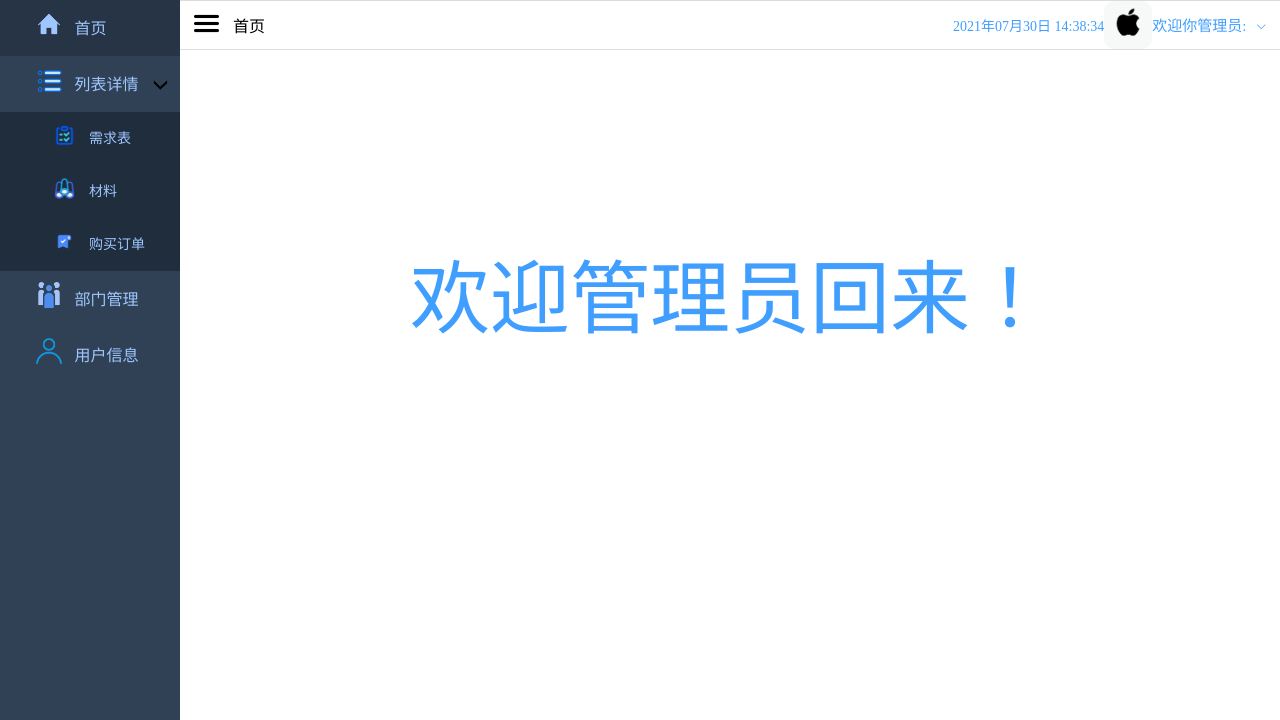
Repository: 572031690/fwwb-proj
Page: /#/home
An editor plug-in stored every save of this project. The page is shown before and after the next save, followed by the edit.
The browser window is 1280 px wide. The pictures show the whole page.
The project was rebuilt for these pictures with package versions that can differ from the ones it lists, and the page was loaded fresh each time. Also part of the build but not shown: vue.config.js, src/unusercom/EditData.vue, src/components/Adddata.vue, src/view/home/User.vue, src/components/Drawer.vue, src/view/home/Body.vue, src/view/home/Item.vue, src/view/home/Buy.vue and 3 more.

Above is the page before, as saved 2021-08-12 19:09:44.

### public/index.html
<!DOCTYPE html>
<html lang="">
  <head>
    <meta charset="utf-8">
    <meta http-equiv="X-UA-Compatible" content="IE=edge">
    <meta name="viewport" content="width=device-width,initial-scale=1.0">
    <link rel="icon" href="<%= BASE_URL %>favicon.ico">
    <title><%= htmlWebpackPlugin.options.title %></title>
    <!-- 配置jquery -->
    <!-- <script src="http://ajax.googleapis.com/ajax/libs/jquery/1.8.0/jquery.min.js"></script> -->
     <!-- 百度的适口 -->
     <meta name="viewport" content="width=device-width,minimum-scale=1.0,maximum-scale=1.0,user-scalable=no">
     <!-- 搜索框 -->
     <meta http-equiv="X-UA-Compatible" content="IE=edge">
    <meta name="viewport" content="width=device-width, initial-scale=1.0">
    <link href="http://cdn.bootcss.com/font-awesome/4.7.0/css/font-awesome.min.css" rel="stylesheet">
  </head>
  <body>
    <noscript>
      <strong>We're sorry but <%= htmlWebpackPlugin.options.title %> doesn't work properly without JavaScript enabled. Please enable it to continue.</strong>
    </noscript>
    <div id="app"></div>
    <!-- built files will be auto injected -->
  </body>
</html>

### src/App.vue
<template>
  <div id="app" >
	  		<!-- <v-login></v-login> -->
			<router-view ></router-view>
	</div>
</template>

<script>

export default {
  data () {
    	return {

    	}
  	},
  	methods: {

  	},
  components: {
  },
  mounted () {
    this.$router.push({ path: 'login' }) // 页面跳转
  }
}

</script>

<style>

</style>

### src/assets/CSS/basic.css
a {
        text-decoration: none;
}

* {
        padding: 0;
        margin: 0;
}

html, body {
        height: 100%;
}

### src/view/Home.vue
<template>
  <div id="Home" ref="gobacklogin">
    <div :class="{ leftNavigation: navshow, leftNavigationChange: !navshow }">
      <div v-for="item in routerList">
        <div @click="judgeType(item)" class="navhome">
          <img :src="item.imgSrc" class="navhome-img" />
          <span class="spans1" :ref="item.ref">{{ item.label }}</span>
          <img
            v-if="item.type === 'tips'"
            :src="item.imgtips"
            class="arrow"
            ref="arrow"
          />
        </div>

        <div
          class="navhome-box"
          ref="navhomebox"
          v-if="item.childrenList.length"
        >
          <transition name="navhom">
            <div class="navhome-son" v-show="navSonShow">
              <div
                @click="goToRouter(item)"
                v-for="(item, index) in item.childrenList"
              >
                <div class="namehome-son1">
                  <img :src="item.imgSrc" class="navson-img" />
                  <span :ref="item.ref">{{ item.label }}</span>
                </div>
              </div>
            </div>
          </transition>
        </div>

        <!-- <div class="navhome" @click="changearrow()" v-if="item.type === 'tips'">
          <img :src="item.imgSrc" class="navhome-img" />
          <span class="spans1" :ref="item.ref">{{ item.label }}</span>
          <img :src="item.imgtips" class="arrow" ref="arrow" />
        </div> -->
      </div>
      <!-- <router-link to="/home/homewel">
        <div class="navhome">
          <img src="../assets/homeimg.png" class="navhome-img" />
          <span class="spans1" ref="spans1">首页</span>
        </div>
      </router-link>
      <div class="navhome" @click="changearrow()" id="listlep">
        <img src="../assets/item.png" class="navhome-img" />
        <span ref="spans2">列表详情</span>
        <img src="../assets/小箭头.png" class="arrow" ref="arrow" />
      </div> -->

      <!-- <div class="navhome-box" ref="navhomebox">
        <transition name="navhom">
          <div class="navhome-son" v-show="navSonShow">
            <div @click="goToRouter">
              <div class="namehome-son1">
                <img src="../assets/body.png" class="navson-img" />
                <span ref="spans7">需求表</span>
              </div>
            </div>
            <router-link to="/home/item">
              <div class="namehome-son1">
                <img src="../assets/material.png" class="navson-img" />
                <span ref="spans6">材料</span>
              </div>
            </router-link>

            <router-link to="/home/buy">
              <div class="namehome-son1">
                <img src="../assets/buy.png" class="navson-img" />
                <span ref="spans5">购买订单</span>
              </div>
            </router-link>
          </div>
        </transition>
      </div> -->

      <!-- <div class="navhome-box" ref="navhomebox">
        <transition name="navhom">
          <div class="navhome-son" v-show="navSonShow">
            <div @click="goToRouter(item)" v-for="(item, index) in routerList">
              <div class="namehome-son1">
                <img :src="item.imgSrc" class="navson-img" />
                <span :ref="item.ref">{{ item.label }}</span>
              </div>
            </div>
          </div>
        </transition>
      </div> -->

      <router-link to="/home/department" v-show="admin">
        <div class="navhome">
          <img src="../assets/department.png" class="navhome-img" />
          <span ref="spans3">部门管理</span>
        </div>
      </router-link>
      <router-link to="/home/user" v-show="admin">
        <div class="navhome">
          <img src="../assets/user.png" class="navhome-img" />
          <span ref="spans8">用户信息</span>
        </div>
      </router-link>
    </div>

    <div
      :class="{ rightNavigation: navshow, rightNavigations: !navshow }"
      ref="right1"
    >
      <div class="rightnav-top">
        <div class="rightnav-topimg">
          <img
            src="../assets/heng.png"
            class="rightnav-topimghome"
            ref="rightnavtopimghome"
            @click="changehomeimg()"
          />
        </div>

        <span>首页</span>
        <!-- <v-search class="searchfa"></v-search> -->

        <div class="topright">
          <span class="top-time">{{ nowTime }}</span>
          <!-- 苹果图标 -->
          <img src="../assets/timg.jpg" class="timg" />
          <!-- 退出下拉框 -->
          <el-dropdown @command="gobacklogin" class="elsign-out">
            <span class="el-dropdown-link">
              欢迎你管理员: <span class="adminname">{{ adminname }} </span
              ><i class="el-icon-arrow-down el-icon--right"></i>
            </span>
            <el-dropdown-menu slot="dropdown">
              <el-dropdown-item command="a">退出登陆</el-dropdown-item>
            </el-dropdown-menu>
          </el-dropdown>
        </div>
      </div>

      <router-view></router-view>
    </div>
  </div>
</template>

<script>
// 引入jquery
// import $ from 'jquery'
// 引入搜索框
import EditData from "../unusercom/EditData.vue";

export default {
  data() {
    return {
      nowTime: "",
      thistime: "",
      key: 90,
      arrowflag: true,
      imghomeflag: true,
      adminname: "",
      departmentID: "",
      navshow: true,
      navSonShow: true,
      lastTime: 0, // 默认上一次点击时间为0
      admin: true,
      routerChioce: 1,
      routerList: [
        {
          type: "router",
          index: 1,
          path: "/home/homewel",
          label: "首页",
          ref: "spans1",
          disabled: false,
          imgSrc: require("@/assets/homeimg.png"),
          childrenList: []
        },
        {
          type: "tips",
          index: 2,
          path: "",
          label: "列表详情",
          ref: "spans2",
          disabled: true,
          imgSrc: require("@/assets/item.png"),
          imgtips: require("@/assets/小箭头.png"),
          childrenList: [
            {
              index: 21,
              path: "/home/body",
              label: "需求表",
              ref: "spans7",
              disabled: false,
              imgSrc: require("@/assets/body.png")
            },
            {
              index: 22,
              path: "/home/item",
              label: "材料",
              ref: "spans6",
              disabled: false,
              imgSrc: require("@/assets/material.png")
            },
            {
              index: 23,
              path: "/home/buy",
              label: "购买订单",
              ref: "spans5",
              disabled: false,
              imgSrc: require("@/assets/buy.png")
            }
          ]
        }
      ]
    };
  },
  methods: {
    // 旋转子列箭头
    changearrow() {
      this.navSonShow = !this.navSonShow;
      if (this.arrowflag) {
        this.$refs.arrow[0].style.transform = "rotate(270deg)";
        this.arrowflag = !this.arrowflag;
      } else {
        this.$refs.arrow[0].style.transform = "rotate(90deg)";
        this.arrowflag = !this.arrowflag;
      }
      // e.srcElement.style.transform="'rotate('+this.key+'deg)'";
      // e.srcElement.style.transform="rotate(180deg)";
      // console.log(e.srcElement.dataset.aid);
    },
    // 右边栏三条杠点击事件
    changehomeimg() {
      // 动画class绑定
      this.navshow = !this.navshow;
      let status = "none";
      let rotate = "rotate(90deg)";
      let times = 0;
      // 首页旁边三条杠图标旋转和文字消失
      if (this.imghomeflag) {
        status = "none";
        rotate = "rotate(90deg)";
        times = 0;
      } else {
        status = "block";
        rotate = "rotate(0deg)";
        times = 700;
      }
      this.$refs.rightnavtopimghome.style.transform = rotate;
      this.imghomeflag = !this.imghomeflag;
      const me = this;
      setTimeout(function() {
        me.$refs.spans1[0].style.display = status;
        me.$refs.spans2[0].style.display = status;
        me.$refs.spans3.style.display = status;
        me.$refs.arrow[0].style.display = status;
        me.$refs.spans5[0].style.display = status;
        me.$refs.spans6[0].style.display = status;
        me.$refs.spans7[0].style.display = status;
        me.$refs.spans8.style.display = status;
      }, times);
    },
    // 开始动画文字出现延迟
    changehomeimgCreate() {
      this.changehomeimg();
      this.changehomeimg();
    },

    // 退出登陆方法
    gobacklogin(command) {
      this.$confirm("是否退出登陆", "提示", {
        confirmButtonText: "确定",
        cancelButtonText: "取消",
        type: "warning"
      }).then(() => {
        sessionStorage.clear(); // 删除所有数据
        this.$router.push({ name: "login" }); // 直接跳转
        this.$message({
          type: "success",
          message: "退出登陆成功!"
        });
      });
    },

    // init(){
    //     this.$nextTick(()=>{
    //     var flagwel = this.$store.state.flagwel;
    //     this.$refs.welcomehome.style.display=flagwel;
    //     })
    // }
    // 显示当前时间（年月日时分秒）
    timeFormate(timeStamp) {
      const year = new Date(timeStamp).getFullYear();
      const month =
        new Date(timeStamp).getMonth() + 1 < 10
          ? "0" + (new Date(timeStamp).getMonth() + 1)
          : new Date(timeStamp).getMonth() + 1;
      const date =
        new Date(timeStamp).getDate() < 10
          ? "0" + new Date(timeStamp).getDate()
          : new Date(timeStamp).getDate();
      const hh =
        new Date(timeStamp).getHours() < 10
          ? "0" + new Date(timeStamp).getHours()
          : new Date(timeStamp).getHours();
      const mm =
        new Date(timeStamp).getMinutes() < 10
          ? "0" + new Date(timeStamp).getMinutes()
          : new Date(timeStamp).getMinutes();
      const ss =
        new Date(timeStamp).getSeconds() < 10
          ? "0" + new Date(timeStamp).getSeconds()
          : new Date(timeStamp).getSeconds();
      this.nowTime =
        year +
        "年" +
        month +
        "月" +
        date +
        "日" +
        " " +
        hh +
        ":" +
        mm +
        ":" +
        ss;
      // console.log(this.nowTime)
    },
    nowTimes() {
      const that = this;
      this.thistime = setInterval(function() {
        that.timeFormate(new Date());
      }, 1000);
    },
    clearTime() {
      clearInterval(this.thistime);
    },
    getAdminType() {
      // console.log(typeof this.departmentID)
      if (this.departmentID === "10000") {
        this.admin = true;
      } else {
        this.admin = false;
      }
    },
    judgeType(val) {
      if (val.type === "tips") this.changearrow();
      if (val.type === "router") this.goToRouter(val);
    },
    goToRouter(val) {
      if (!val.disabled) {
        this.$router.push({ path: val.path });
      } // 页面跳转
    }
  },
  components: {
    // 'v-body':Body
    "v-editdata": EditData
  },
  // store,
  mounted() {
    this.nowTimes();
    // document.getElementById('rightnav-topimghome').style.cursor = 'not-allowed' //设置鼠标样式为不可点击

    this.changehomeimgCreate();
    // 实现左边子栏的缓慢消失
    // $(document).ready(function(){
    // $("#listlep").click(function(){
    //     $(".navhome-son").slideToggle(500);
    //   });
    // });

    // //实现左边nav栏的缩小
    // $(document).ready(function(){
    // $('.rightnav-topimghome').click(function(){
    //     if($('.right-navigation').css("margin-left")=="180px"){
    //         $('.right-navigation').animate({
    //         'margin-left':'50px'
    //     },700);
    // }else{
    // $('.right-navigation').animate({
    //     'margin-left':'180px'
    //     },700);
    // }
    // });
    // });

    // $(document).ready(function(){
    // $('.rightnav-topimghome').click(function(){
    //     if($('.left-navigation').css("width")!="50px"){
    //         $('.left-navigation').animate({
    //         width:'50px'
    //     },700);
    // }else{
    // $('.left-navigation').animate({
    //     width:'180px'
    //     },700);
    // }
    // });
    // });

    this.adminname = window.sessionStorage.getItem("storeData"); // 获取浏览器缓存值
    this.departmentID = window.sessionStorage.getItem("sData");
    // this.getAdminType();
  },
  beforeDestroy() {
    this.clearTime();
  }
};
</script>
<style scoped>
#Home {
  height: 100%;
  width: 100%;
  background-color: white;
  display: flex;
  flex-direction: row;
}

.leftNavigation {
  position: fixed;
  display: inline-block;
  width: 180px;
  background-color: #304156;
  height: 100vh; /*占满一个屏幕的高度 */
  animation: navlong 0.7s;
}
.leftNavigationChange {
  position: fixed;
  width: 50px;
  background-color: #304156;
  height: 100vh; /*占满一个屏幕的高度 */
  animation: navshort 0.7s;
}

@keyframes navlong {
  0% {
    width: 50px;
  }
  100% {
    width: 180px;
  }
}

@keyframes navshort {
  0% {
    width: 180px;
  }
  100% {
    width: 50px;
  }
}
.leftNavigation a {
  text-decoration: none;
}

.navhome {
  display: flex;
  flex-direction: row; /*水平排布*/
  height: 34px;
  width: 100%;
  background-color: #304156;
  padding: 11px 0;
  transition: all 0.5s;
}
.navhome:hover {
  background-color: #263445;
  cursor: pointer;
}
.navhome-img {
  /* -webkit-transform:rotate(90deg); */
  height: 26px;
  margin: 0 7%;
  margin-left: 20%;
  vertical-align: middle;
  color: #409eff;
}
.navhome span {
  vertical-align: middle;
  font-size: 16px;
  color: #9fc6ff;
  margin-top: 4px;
}
.arrow {
  margin-top: 5px;
  margin-left: 5%;
  height: 25px;
  vertical-align: middle;
  transition: all 0.5s;
  transform: rotate(90deg);
}

.navhom-enter-active,
.navhom-leave-active {
  transition: all 0.5s;
}
.navhom-enter,
.navhom-leave-to {
  height: 0;
}
.navhom-enter-to,
.navhom-leave {
  height: 159px;
}
.navhome-son {
  cursor: pointer;
  background-color: #1f2d3d;
  overflow: hidden;
}
.namehome-son1 {
  display: flex;
  flex-direction: row; /*水平排布*/
  transition: all 1.5s;
  width: 100%;
  height: 47px;
  padding: 3px 0;
}
.namehome-son1:hover {
  background-color: #001121;
}
.navson-img {
  height: 21px;
  margin: 10px 5px;
  margin-left: 30%;
  vertical-align: middle;
  color: #409eff;
}
.navhome-son span {
  vertical-align: middle;
  font-size: 14px;
  margin-top: 12px;
  color: #9fc6ff;
  margin-left: 5%;
}
.rightNavigation {
  display: inline-block;
  width: 100%;
  margin-left: 180px;
  animation: rightNavlong 0.7s;
}
.rightNavigations {
  display: inline-block;
  width: 100%; /**/
  margin-left: 50px;
  animation: rightNavshort 0.7s;
}
@keyframes rightNavlong {
  0% {
    margin-left: 50px;
  }
  100% {
    margin-left: 180px;
  }
}
@keyframes rightNavshort {
  0% {
    margin-left: 180px;
  }
  100% {
    margin-left: 50px;
  }
}
.rightnav-top {
  width: 100%;
  height: 48px;
  display: flex;
  flex-direction: row;
  border-bottom: 1px solid #dadce0;
  border-top: 1px solid #dadce0;
}
.rightnav-topimg {
  padding: 0 14px;
  height: 50px;
}
.rightnav-topimghome {
  cursor: pointer;
  margin-top: 10px;
  height: 25px;
  transition: all 0.4s;
}
.rightnav-top span {
  padding-top: 12px;
  /* margin-left: 10px; */
}
.top-time {
  color: #409eff;
  font-size: 14px;
  margin-top: 2px;
}
.topright {
  float: right;
  right: 1%;
  position: absolute;
  display: flex;
}
.timg {
  height: 48px;
  cursor: pointer;
  border-radius: 10px;
}
.weltop {
  font-size: 14px;
}
#eldown {
  margin-top: 1px;
  font-size: 20px;
}
.elsign-out {
  padding-top: 13px;
}
.el-dropdown-link {
  cursor: pointer;
  color: #409eff;
  font-size: 15px;
}
.el-icon-arrow-down {
  font-size: 12px;
}
.adminname {
  color: black;
  font-size: 15px;
}
</style>

### src/view/home/HomeWel.vue
<template>
    <div>
        <div class="welcomehome" ref="welcomehome">
                欢迎管理员回来！
        </div>
    </div>
</template>
<script>
export default {
  data () {
    return {

    }
  }
}
</script>
<style scoped>
    .welcomehome{
        line-height: 500px;
        text-align: center;
        font-size: 80px;
        color: #409EFF;
    }
</style>

### src/components/login.vue
<template lang="">
    <div>

    </div>
</template>
<script>
export default {
  data () {
    return {

    }
  },
  mounted () {
    this.$router.push({ path: 'homewel' }) // 页面跳转
  }
}
</script>

Loaded but not shown: src/plugins/element.js (common file); src/router/index.js (63 lines, source omitted); src/main.js (17 lines, source omitted); src/store/index.js (26 lines, source omitted); src/view/Login.vue (731 lines, source omitted)

After the next save:
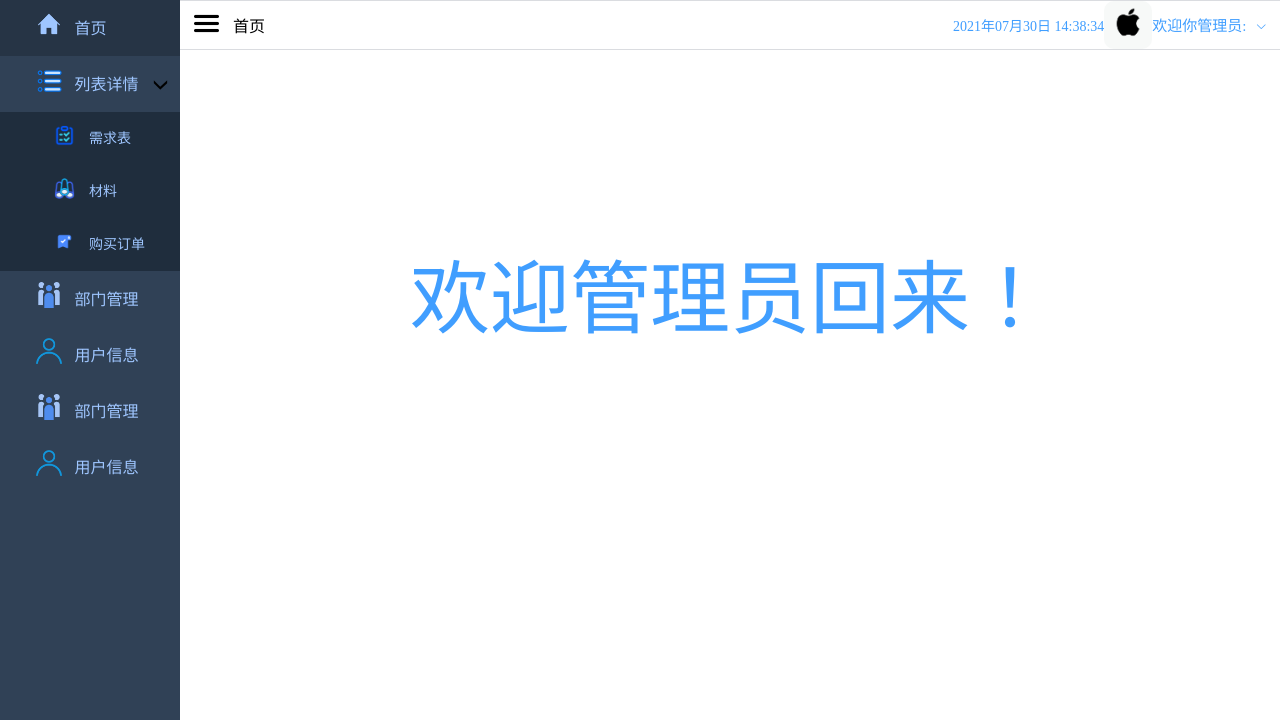
Saved 111 s later.
--- a/src/view/Home.vue
+++ b/src/view/Home.vue
@@ -210,6 +210,26 @@
               imgSrc: require("@/assets/buy.png")
             }
           ]
+        },
+        {
+          type: "router",
+          index: 3,
+          path: "/home/department",
+          label: "部门管理",
+          ref: "spans3",
+          disabled: false,
+          imgSrc: require("@/assets/department.png"),
+          childrenList: []
+        },
+        {
+          type: "router",
+          index: 4,
+          path: "/home/user",
+          label: "用户信息",
+          ref: "spans8",
+          disabled: false,
+          imgSrc: require("@/assets/user.png"),
+          childrenList: []
         }
       ]
     };

After the save that followed:
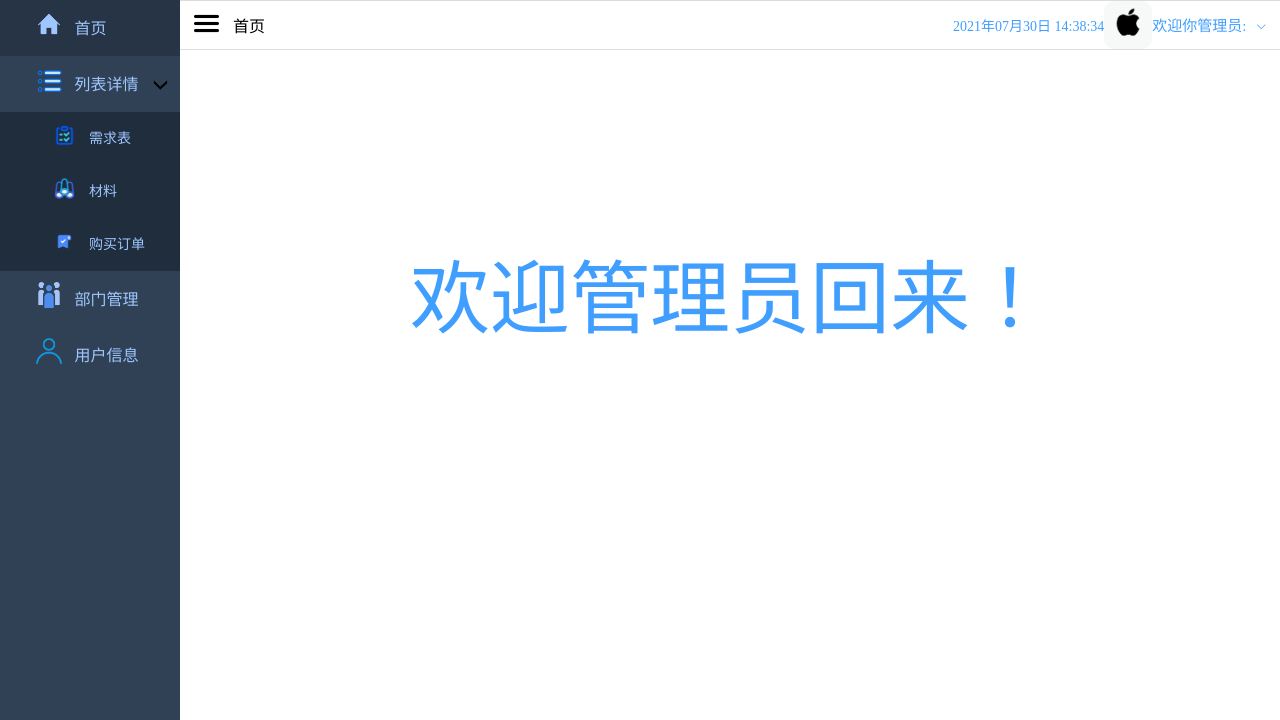
Saved 29 s later.
--- a/src/view/Home.vue
+++ b/src/view/Home.vue
@@ -90,7 +90,7 @@
         </transition>
       </div> -->
 
-      <router-link to="/home/department" v-show="admin">
+      <!-- <router-link to="/home/department" v-show="admin">
         <div class="navhome">
           <img src="../assets/department.png" class="navhome-img" />
           <span ref="spans3">部门管理</span>
@@ -101,7 +101,7 @@
           <img src="../assets/user.png" class="navhome-img" />
           <span ref="spans8">用户信息</span>
         </div>
-      </router-link>
+      </router-link> -->
     </div>
 
     <div
@@ -272,12 +272,12 @@
       setTimeout(function() {
         me.$refs.spans1[0].style.display = status;
         me.$refs.spans2[0].style.display = status;
-        me.$refs.spans3.style.display = status;
+        me.$refs.spans3[0].style.display = status;
         me.$refs.arrow[0].style.display = status;
         me.$refs.spans5[0].style.display = status;
         me.$refs.spans6[0].style.display = status;
         me.$refs.spans7[0].style.display = status;
-        me.$refs.spans8.style.display = status;
+        me.$refs.spans8[0].style.display = status;
       }, times);
     },
     // 开始动画文字出现延迟
